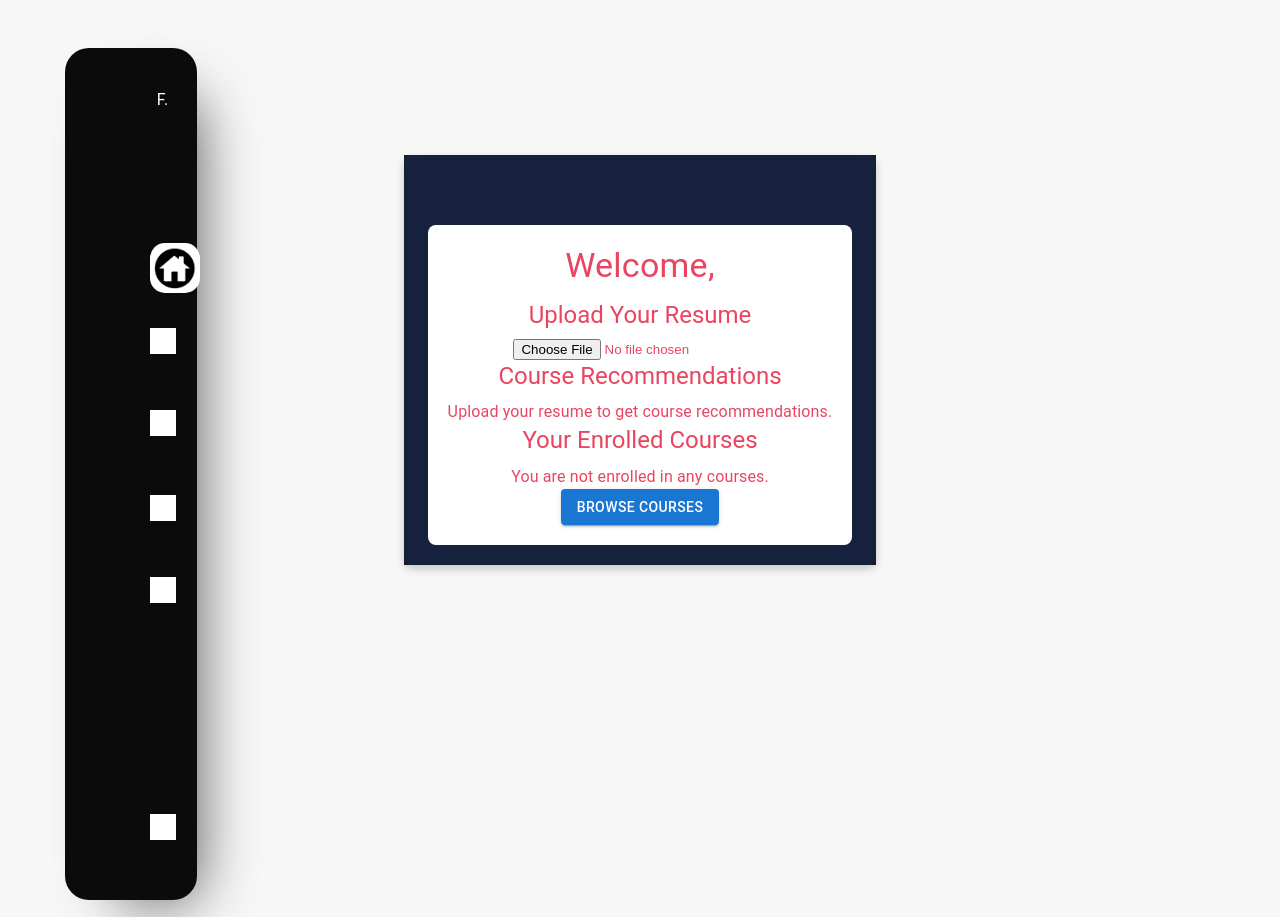
Repository: jvt2/OnlineCourseApp
Page: /dashboard
These files come from the project's save history. The page is drawn as it stood at one moment and after the next save; the edit follows.
The browser window is 1280 px wide. The pictures show the whole page.
The page's requests for data from a server got no answer. The project was rebuilt for these pictures with package versions that can differ from the ones it lists, and the page was loaded fresh each time. No one was signed in, and anything a server would have sent is missing. Also part of the build but not shown: src/features/auth/Register.js, src/features/auth/Login.js, src/features/courses/ResumeUpload.js, src/features/courses/CourseRecommendations.js, src/components/common/MyModal.js, src/features/courses/CourseCatalog.js, src/features/courses/CourseDetail.js, src/components/common/Navbar.js and 3 more. Imported but missing from the stored project, and not drawn on this page: src/app/reportWebVitals.

Above is the page before, as saved 2024-07-14 19:52:49.

After the next save:
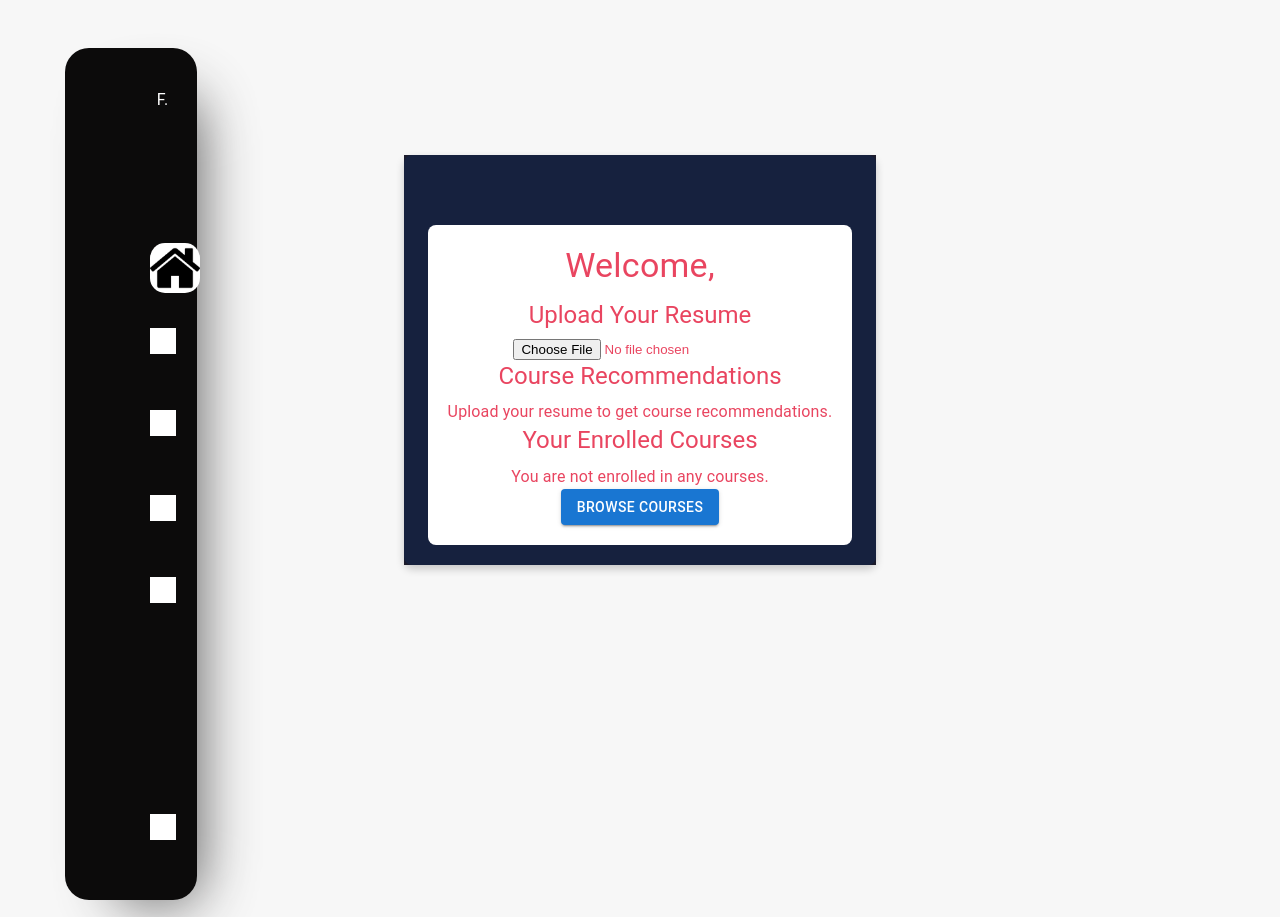
Saved 15 s later.
--- a/src/features/dashboard/Dashboard.css
+++ b/src/features/dashboard/Dashboard.css
@@ -71,7 +71,7 @@
   .sidebar-icon.icon-home {
     width: 50px;
     height: 50px;
-    background-image: url('/public/assets/home-icon-vector.jpg');
+    background-image: url('/public/assets/home-icon-1.png');
     border-radius: 30%;
     background-position: center;
     background-size: contain;
